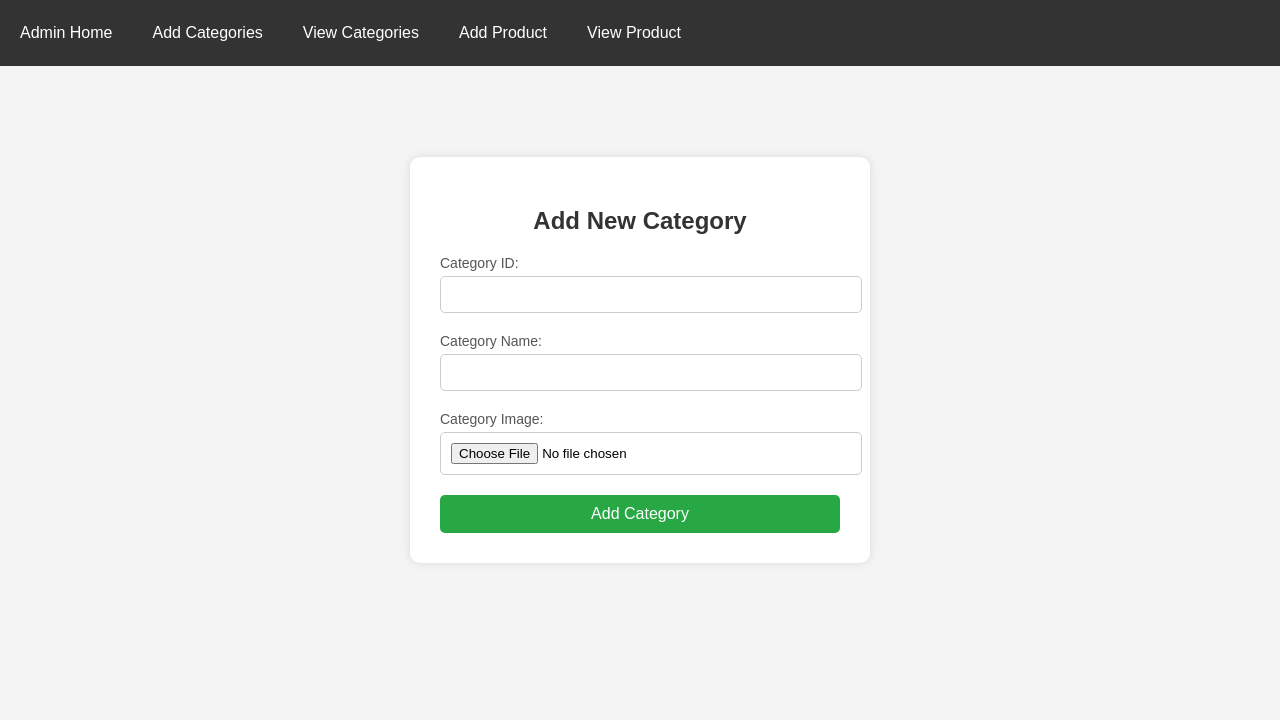
Repository: SimOneGraCias11/Montran_Training
Page: http://localhost/Project/addCategories.jsp
An editor plug-in stored every save of this project. The page is shown before and after the next save, followed by the edit.
The browser window is 1280 px wide. The pictures show the whole page.
The page is served by Tomcat 9.

Above is the page before, as saved 2024-08-10 23:21:59.

After the next save:
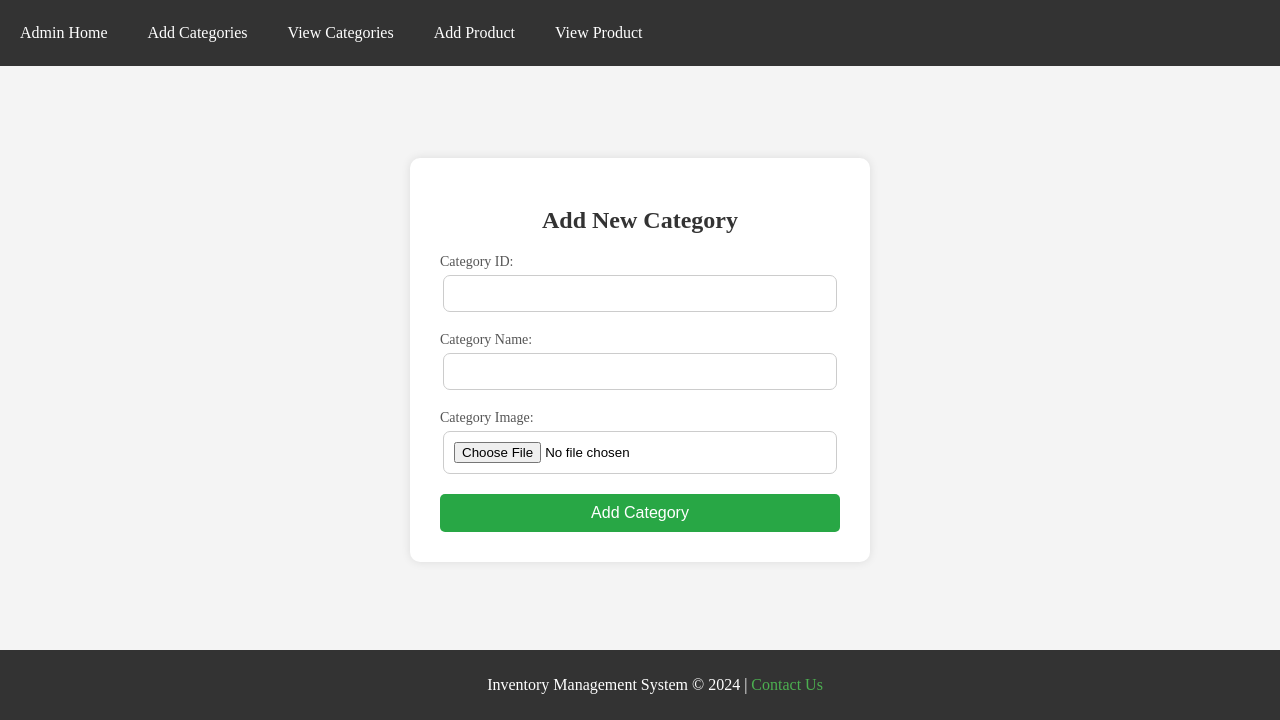
Saved 31 s later.
--- a/Project/src/main/webapp/addCategories.jsp
+++ b/Project/src/main/webapp/addCategories.jsp
@@ -8,7 +8,7 @@
 
 <style>
 body {
-	font-family: Arial, sans-serif;
+	font-family:Times New Roman,serif;
 	display: flex;
 	justify-content: center;
 	align-items: center;
@@ -41,11 +41,11 @@ label {
 }
 
 input[type="text"], input[type="file"] {
-	width: 100%;
+	width: 93%;
 	padding: 10px;
 	margin-bottom: 20px;
 	border: 1px solid #ccc;
-	border-radius: 5px;
+	border-radius: 7px;
 }
 
 .button {
@@ -83,5 +83,7 @@ input[type="text"], input[type="file"] {
 
 	</form>
 	</div>
+	 <%@ include file="footer.jsp" %>
+
 	</body>
 	</html>
